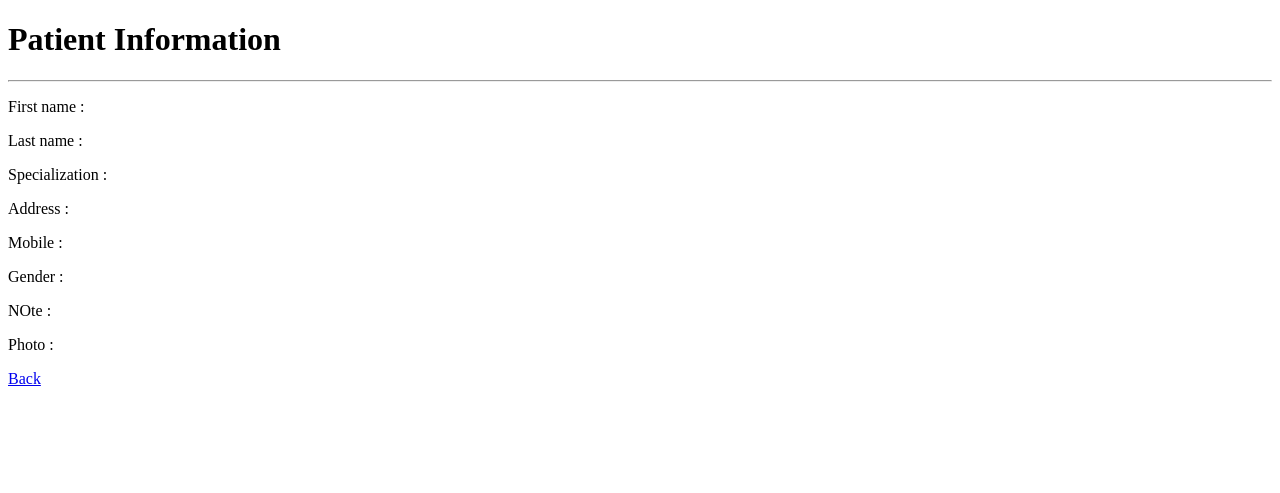
Repository: aayush105/Advance-Java
Page: http://localhost/Doctorpatient/patientinfo.jsp
The author's editor kept a copy of each file at every save. The page is drawn from the files as they stood at one save, then again after the next save.
The browser window is 1280 px wide. The pictures show the whole page.
The page is served by Tomcat 10. The template is opened directly, without the code that normally fills it, so the values that code supplies are empty.

Above is the page before, as saved 2023-07-20 11:53:49.

After the next save:
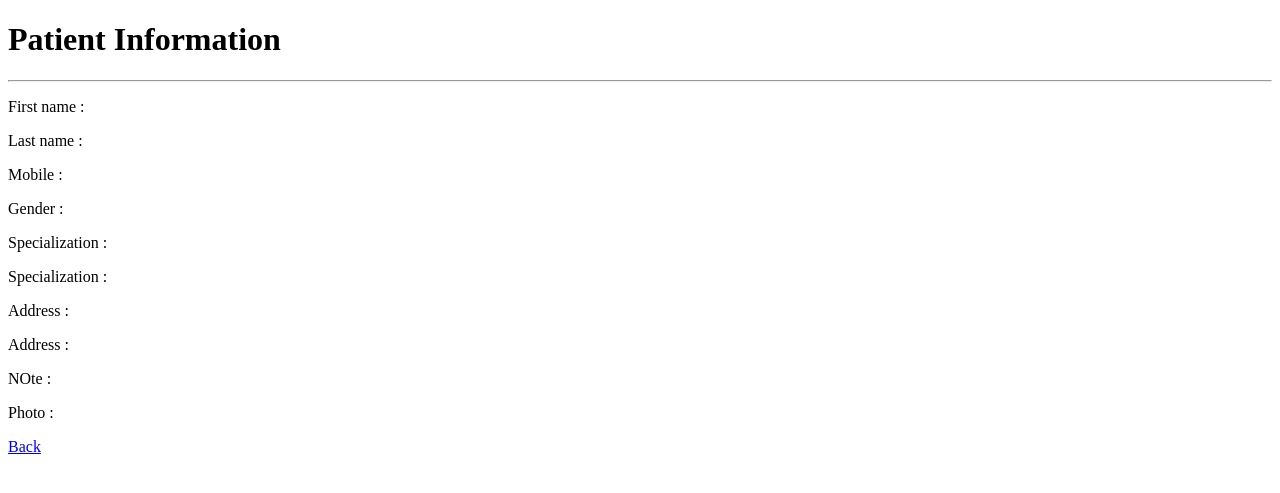
Saved 31 s later.
--- a/Doctorpatient/src/main/webapp/patientinfo.jsp
+++ b/Doctorpatient/src/main/webapp/patientinfo.jsp
@@ -11,10 +11,12 @@
 <hr>
 <p>First name : ${fname}</p>
 <p>Last name : ${lname}</p>
+<p>Mobile : ${mobile}</p>
+<p>Gender : ${gender}</p>
+<p>Specialization : ${specialization}</p>
 <p>Specialization : ${specialization}</p>
 <p>Address : ${address}</p>
-<p>Mobile : ${mobile}</p>
-<p>Gender : ${gender}</p>
+<p>Address : ${address}</p>
 <p>NOte : ${note}</p>
 <p>Photo : ${photo}</p>
 
